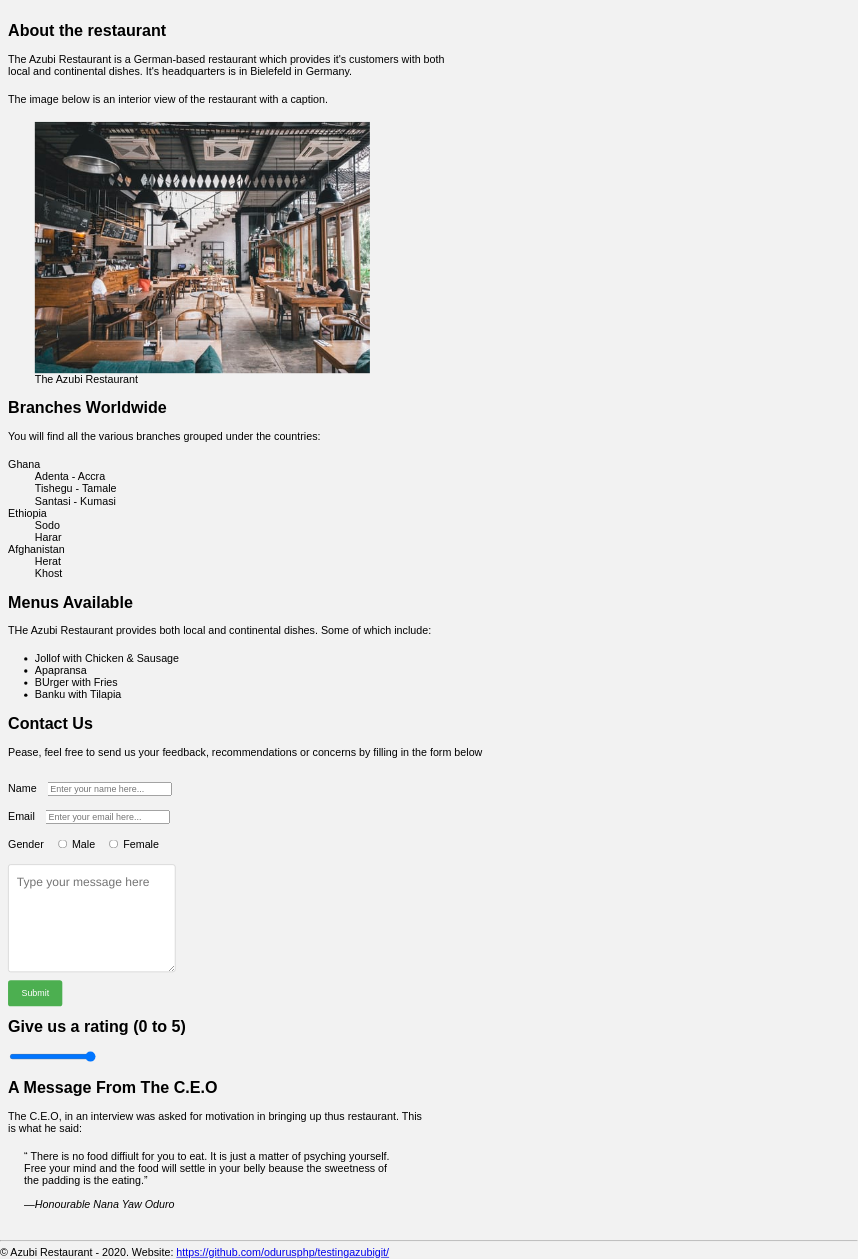
Repository: odurusphp/testingazubigit
Page: Fortune/FortunatusWulnye.html
These files come from the project's save history. The page is drawn as it stood at one moment and after the next save; the edit follows.
The browser window is 1280 px wide. The pictures show the whole page, at 67% of full size.

Above is the page before, as saved 2020-08-03 02:00:35.

### Fortune/FortunatusWulnye.html
<!--COMMENTS THAT ARE MINE ARE WRITTEN IN CAPITAL LETTERS-->
<!--THE GENERAL STRUCTURE OF THE PAGE IS GOOD WITH THE INDENTATION TOO-->
<!--THE CLASSES THAT YOU IMPLEMENTED TOO ARE GREAT KEEP IT UP-->
<!DOCTYPE html>
<html lang="en">
  <head>

    <meta charset="UTF-8" />
    <meta name="viewport" content="width=device-width, initial-scale=1.0" />
    <title>The Azubi Restaurant</title>
    <meta name="descrition" content="A website for Azubi restaurant">
    <meta name="author" content="Fortunatus Aabangbio Wulnye">
    <link rel="stylesheet" href="css/style.css">

  </head>

  <body>



      <main class="main-container">
        <aside class="About">
          <h2>About the restaurant</h2>
          <p>
            The Azubi Restaurant is a German-based restaurant which provides
            it's customers with both <br />
            local and continental dishes. It's headquarters is in Bielefeld in
            Germany.
          </p>
          <p>
            The image below is an interior view of the restaurant with a caption.
          </p>
          <!--IN ADDING THE IMAGE YOU TYPED OUT THE SRC WRONGLY KINDLY TAKE NOTE AND DO WELL TO REVIEW YOUR PAGE ALWAYS-->
        </aside>

        <div class="about-fig">
          <figure>
            <img
              src="images/FortununatusWulnyeRestaurant.jpg"
              alt="Azubi Restaurant"
            />
            <figcaption>The Azubi Restaurant</figcaption>
          </figure>
        </div>

        <section class="branches">
          <h2>Branches Worldwide</h2>
          <p>You will find all the various branches grouped under the countries:</p>
          <dl>
            <dt class="country">Ghana</dt>
            <div class="location">
              <dd>Adenta - Accra</dd>
              <dd>Tishegu - Tamale</dd>
              <dd>Santasi - Kumasi</dd>
            </div>

            <dt class="country">Ethiopia</dt>
            <div class="location">
              <dd>Sodo</dd>
              <dd>Harar</dd>
            </div>

            <dt class="country">Afghanistan</dt>
            <div class="location">
              <dd>Herat</dd>
              <dd>Khost</dd>
            </div>
          </dl>
        </section>

        <section class="menus">
          <h2>Menus Available</h2>
          <p>THe Azubi Restaurant provides both local and continental dishes. Some of which include:</p>
          <ul>
            <li>Jollof with Chicken & Sausage</li>
            <li>Apapransa</li>
            <li>BUrger with Fries</li>
            <li>Banku with Tilapia</li>
          </ul>
        </section>

        <div class="Contact">
          <h2>Contact Us</h2>
          <p>Pease, feel free to send us your feedback, recommendations or concerns by filling in the form below</p>
          <form action="" method="POST">
            <label for="fname">Name</label>
            <input type="text" name="fname" placeholder ="Enter your name here..." required> <br>

            <label for="email">Email</label>
            <input type="text" name="email" placeholder ="Enter your email here..." required> <br>

            <label for="gender">Gender</label>
            <input type="radio" id="male" value="male">
            <label for="gender">Male</label>
            <input type="radio" id="female" value="female">
            <label for="gender">Female</label> <br>

            <textarea name="message" id="" cols="20" rows="5" placeholder="Type your message here"></textarea> <br/>

            <input type="submit" value="Submit"  />
          </form>
          <br>

        </div>
        <br>

        <div class="rating">
          <h2>Give us a rating (0 to 5)</h2>
          <div class="slider">
             <input type="range" min="0" max="5" value="50">
          </div>
        </div>

        <div class="ceomessage">
          <h2>A Message From The C.E.O</h2>
          <P>The C.E.O, in an interview was asked for motivation in bringing up thus restaurant. This<br> is what he said: <blockquote> <q> There is no food diffiult for you to eat. It is just a matter of psyching yourself.<br> Free your mind and the food
          will settle in your belly beause the sweetness of <br> the padding is the eating.</q><br> <br>
        &mdash;<cite>Honourable Nana Yaw Oduro</cite>
      </blockquote>
           </P>
        </div>

      </main>
        <hr />

        <footer>
          &copy; Azubi Restaurant - 2020. Website: <a
          href="https://github.com/odurusphp/testingazubigit/">https://github.com/odurusphp/testingazubigit/</a>
        </footer>

  </body>
</html>

### Fortune/css/style.css
html {
  font-family: sans-serif;
  -webkit-text-size-adjust: 100%;
  -ms-text-size-adjust: 100%;
  justify-content: center;
  align-items: middle;
}
body {
  margin: 0;
  background-color: hsl(0, 0%, 95%);
}

/*--------------------------------------------------------------
Header styles
--------------------------------------------------------------*/

.main-header {
  padding: 1em 0;
  background-color: #002254;
}

.brand {
  padding: 70px 0;
  text-align: center;
}
.site-title a {
  -js-display: flex;
  display: flex;
  align-items: baseline;
  margin: 0;
  font-weight: 400;
  text-align: center;
  color: white;
}

.main-container {
  border-radius: 2px;
  padding: 12px;
}

aside,
figcaption,
figure,
footer,
header,
main,
nav,
section {
  display: block;
}

a:active,
a:hover {
  outline: 0;
}

b,
strong {
  font-weight: bold;
}

p {
  margin-bottom: 1.5em;
}

h1 {
  font-size: 2em;
  margin: 0.67em 0;
}

img {
  display: block;
  border: 0;
  width: auto;
  height: auto;
}

label {
  padding: 12px 12px 12px 0;
  display: inline-block;
}

input [type="text"],
select,
textarea {
  color: inherit;
  font: inherit;
  margin: 0;
  padding: 12px;
  border: 1px solid #ccc;
  border-radius: 4px;
  resize: vertical;
  margin: 8px 0;
  font-family: "Source Sans Pro", "Helvetica", Arial, sans-serif;
  font-size: 18px;
  line-height: 1.5;
}

input[type="submit"] {
  background-color: #4caf50;
  color: white;
  padding: 12px 20px;
  border: none;
  border-radius: 4px;
  cursor: pointer;
  float: left;
}

select {
  text-transform: none;
}

textarea {
  overflow: auto;
}

input::-moz-focus-inner {
  border: 0;
  padding: 0;
}

input {
  line-height: normal;
}

input[type="radio"] {
  box-sizing: border-box;
  padding: 0;
}

blockquote {
  margin: 0 1.5em;
}

After the next save:
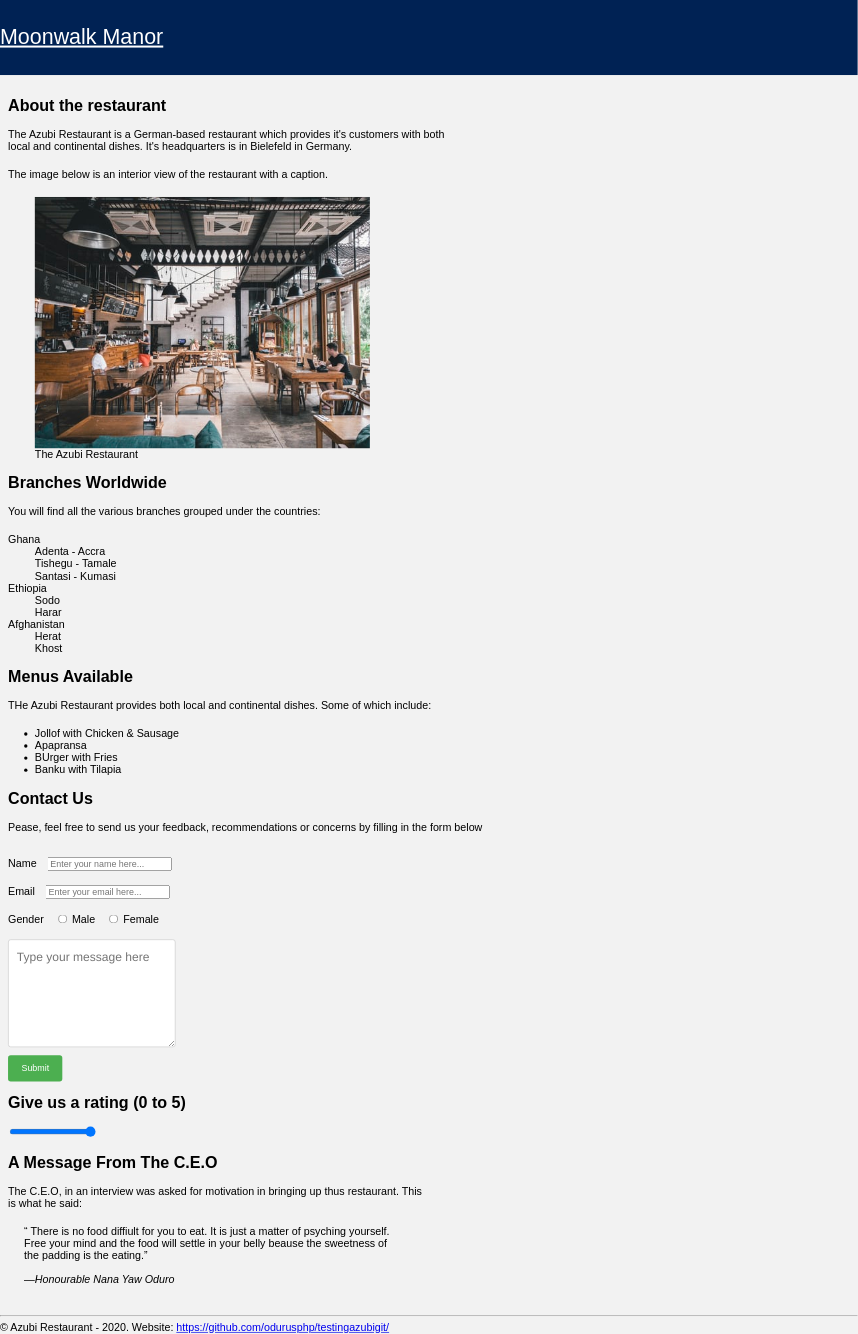
Saved 68 s later.
--- a/Fortune/FortunatusWulnye.html
+++ b/Fortune/FortunatusWulnye.html
@@ -16,7 +16,12 @@
 
   <body>
 
-
+      <header class="main-header">
+      <div class="site-header centered">
+        <div class="site-branding">
+          <h1 class="site-title"><a href="/"><span class="icon-mmlogo" data-grunticon-embed></span>Moonwalk Manor</a></h1>
+        </div><!-- .site-title -->
+      </header>
 
       <main class="main-container">
         <aside class="About">
